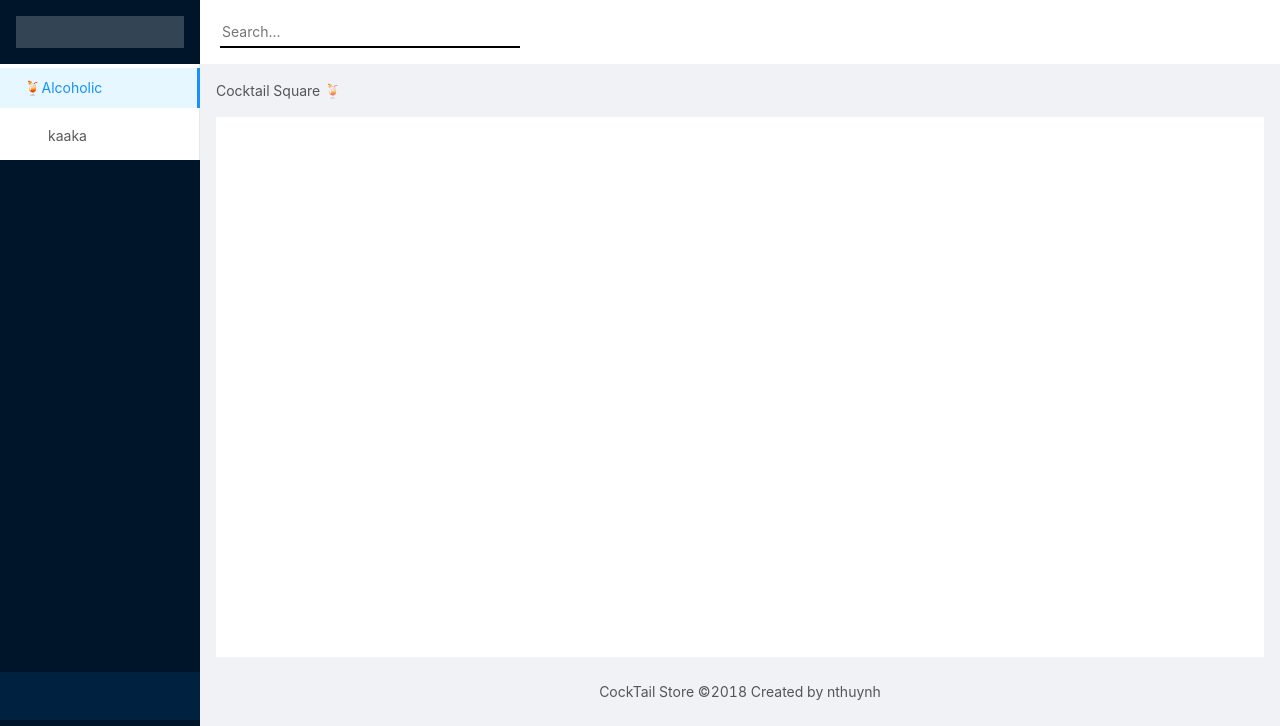
Repository: huynhnt1406/cocktail
Page: /
An editor plug-in stored every save of this project. The page is shown before and after the next save, followed by the edit.
The browser window is 1280 px wide. The pictures show the whole page.
The page's requests for data from a server got no answer. The project was rebuilt for these pictures with package versions that can differ from the ones it lists, and the page was loaded fresh each time. No one was signed in, and anything a server would have sent is missing.

Above is the page before, as saved 2021-05-06 01:00:53.

After the next save:
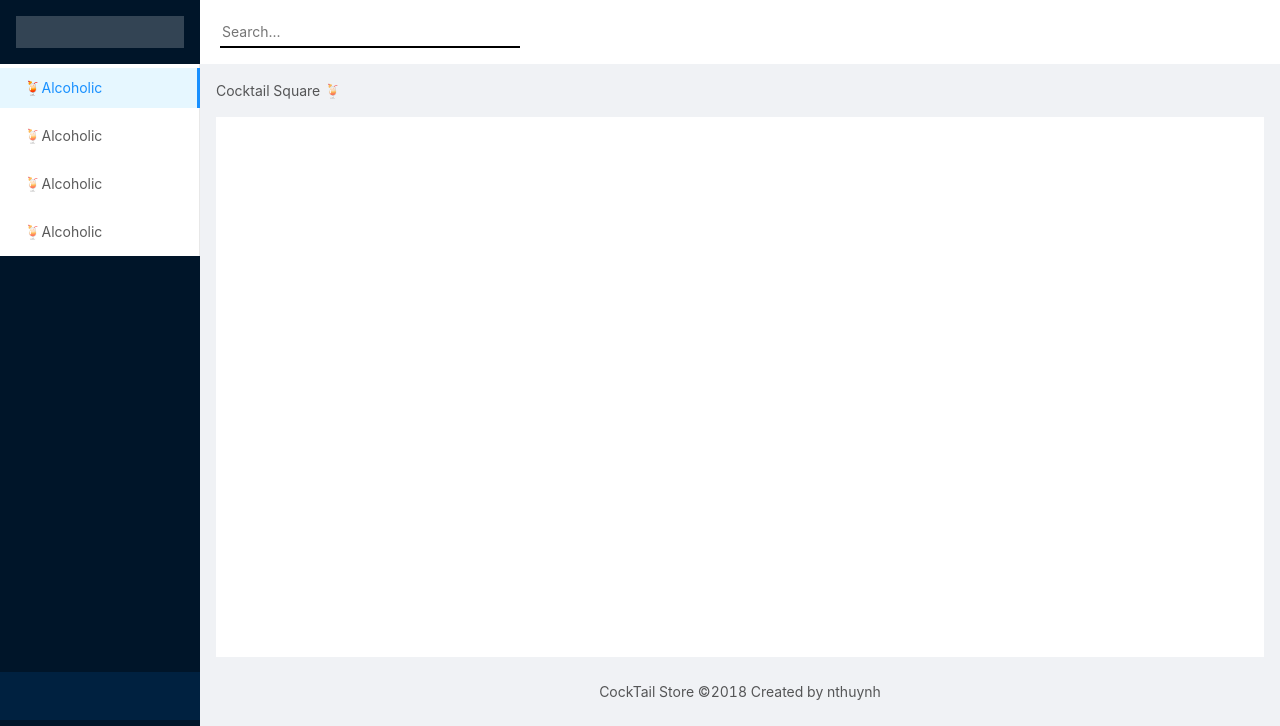
Saved 29 s later.
--- a/src/App.vue
+++ b/src/App.vue
@@ -8,8 +8,16 @@
           <span>Alcoholic</span>
         </a-menu-item>
         <a-menu-item key="2">
-          <a-icon type="desktop" />
-          <span>kaaka</span>
+           <span>🍹</span>
+          <span>Alcoholic</span>
+        </a-menu-item>
+           <a-menu-item key="3">
+           <span>🍹</span>
+          <span>Alcoholic</span>
+        </a-menu-item>
+           <a-menu-item key="4">
+           <span>🍹</span>
+          <span>Alcoholic</span>
         </a-menu-item>
       </a-menu>
     </a-layout-sider>
